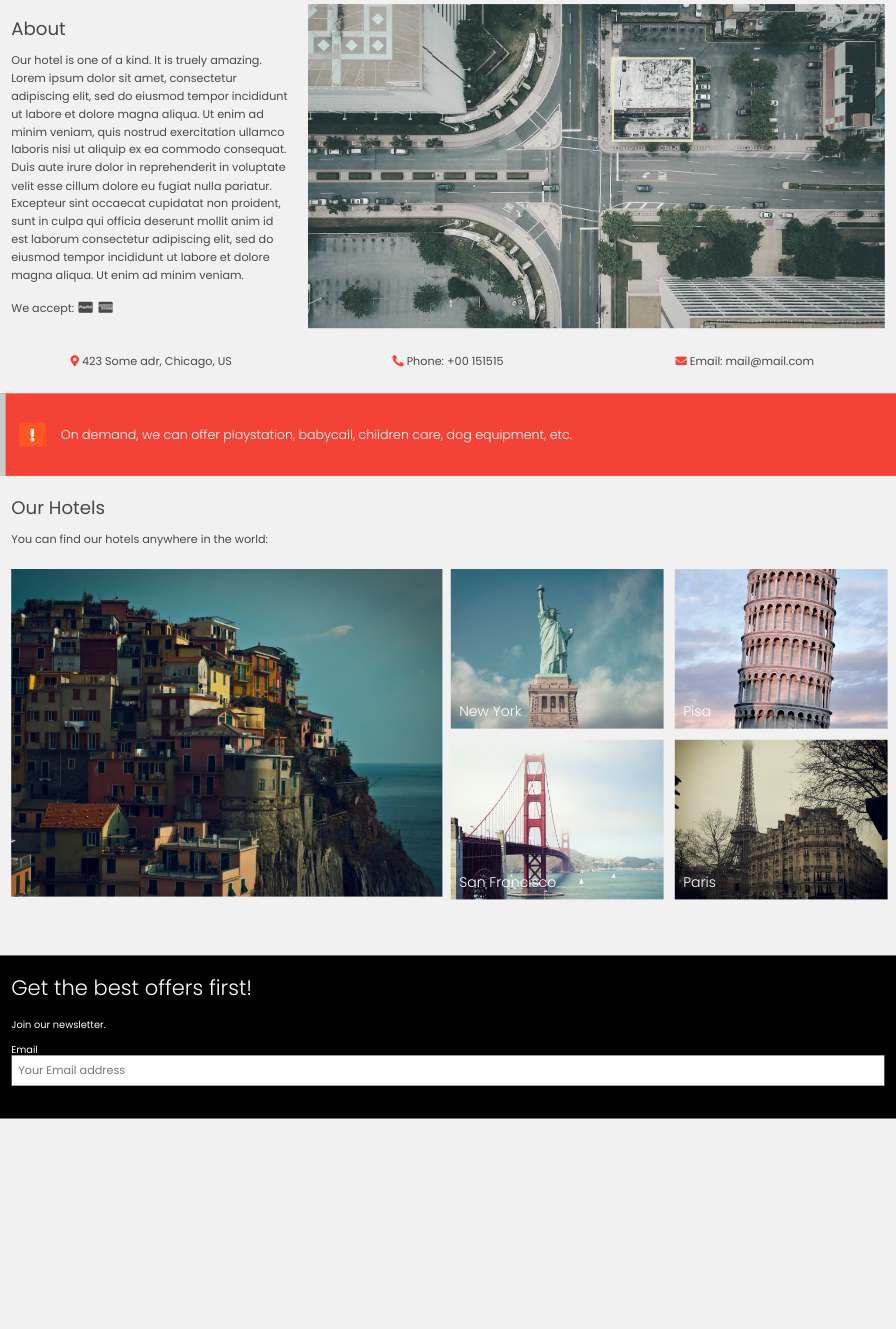
Repository: phamhuuloc/Travel_Template
Page: index.html
An editor plug-in stored every save of this project. The page is shown before and after the next save, followed by the edit.
The browser window is 1280 px wide. The pictures show the part of the page from y = 1547 to 3467 px (the page is 3445 px tall before and 3467 px after), at 70% of full size.
The style sheet was rebuilt from its Sass, Less or Tailwind sources for each picture, by a compiler version that may differ from the author's.

Above is the page before, as saved 2021-09-18 16:17:46.

### index.html
<!DOCTYPE html>
<html lang="en">
  <head>
    <meta charset="UTF-8" />
    <meta http-equiv="X-UA-Compatible" content="IE=edge" />
    <meta name="viewport" content="width=device-width, initial-scale=1.0" />
    <title>Document</title>
    <!-- FONT AWESOME -->
    <link
      rel="stylesheet"
      href="https://cdnjs.cloudflare.com/ajax/libs/font-awesome/5.15.4/css/all.min.css"
      integrity="sha512-1ycn6IcaQQ40/MKBW2W4Rhis/DbILU74C1vSrLJxCq57o941Ym01SwNsOMqvEBFlcgUa6xLiPY/NS5R+E6ztJQ=="
      crossorigin="anonymous"
      referrerpolicy="no-referrer"
    />
    <!-- GOOGLE FONT -->
    <link
      href="https://fonts.googleapis.com/css2?family=Poppins:wght@50;300;400&display=swap"
      rel="stylesheet"
    />
    <!-- CSS -->
    <link rel="stylesheet" href="./assets/resets.css" />
    <link rel="stylesheet" href="./assets/grid.css" />
    <link rel="stylesheet" href="./assets/main.css" />
  </head>
  <body>
    <div class="grids">
      <header class="header">
        <div class="logo">
          <i class="fas fa-bed logo__icon"></i>
          Logo
        </div>
        <div class="header__menu">
          <ul class="header__menu-list">
            <li class="header__menu-item">Rooms</li>
            <li class="header__menu-item">About</li>
            <li class="header__menu-item">Contact</li>
          </ul>
          <button class="btn book-btn">Book Nows</button>
        </div>
      </header>
      <section class="intro">
        <img src="./assets/img/hotel.jpg" alt="" class="intro__img" />
        <form class="form-login">
          <div class="form-login__heading">
            <i class="fas fa-bed logo__icon intro-icon"></i>
            <h2 class="form-login__name">Hotel name</h2>
          </div>
          <div class="form-container">
            <div class="row">
              <div class="form__item col l-6">
                <label class="form__item-category">
                  <i class="far fa-calendar form__item-icon"></i>
                  Check Ins
                </label>
                <input
                  type="text"
                  class="form__item-input"
                  placeholder="DD MM YY"
                />
              </div>
              <div class="form__item col l-6">
                <label class="form__item-category">
                  <i class="far fa-calendar form__item-icon"></i>
                  Check Out
                </label>
                <input
                  type="text"
                  class="form__item-input"
                  placeholder="DD MM YY"
                />
              </div>
            </div>
            <div class="row">
              <div class="form__item col l-6">
                <label class="form__item-category">
                  <i class="fas fa-male form__item-icon"></i>
                  Adults
                </label>
                <input
                  type="number"
                  value="1"
                  min="1"
                  max="6"
                  class="form__item-input"
                />
              </div>
              <div class="form__item col l-6">
                <label class="form__item-category">
                  <i class="fas fa-child form__item-icon"></i>
                  Kids
                </label>
                <input
                  type="number"
                  value="0"
                  min="0"
                  max="6"
                  class="form__item-input"
                />
              </div>
            </div>
            <button class="search-btn">
              <i class="fas fa-search search-icon"></i>Search availability
            </button>
          </div>
        </form>
      </section>

      <section class="option-room">
        <div class="option-container">
          <h3 class="option-container__title">Rooms</h3>
          <span class="option-container__desc"
            >Make yourself at home is our slogan. We offer the best beds in the
            industry. Sleep well and rest well.</span
          >
          <!-- FORM LOGIN  -->
          <div class="form-container option-container__form">
            <div class="row">
              <div class="form__item col l-3">
                <label class="form__item-category">
                  <i class="far fa-calendar form__item-icon"></i>
                  Check Ins
                </label>
                <input
                  type="text"
                  class="form__item-input"
                  placeholder="DD MM YY"
                />
              </div>
              <div class="form__item col l-3">
                <label class="form__item-category">
                  <i class="far fa-calendar form__item-icon"></i>
                  Check Out
                </label>
                <input
                  type="text"
                  class="form__item-input"
                  placeholder="DD MM YY"
                />
              </div>
              <div class="form__item col l-2">
                <label class="form__item-category">
                  <i class="fas fa-male form__item-icon"></i>
                  Adults
                </label>
                <input
                  type="number"
                  value="1"
                  min="1"
                  max="6"
                  class="form__item-input"
                />
              </div>
              <div class="form__item col l-2">
                <label class="form__item-category">
                  <i class="fas fa-child form__item-icon"></i>
                  Kids
                </label>
                <input
                  type="number"
                  value="0"
                  min="0"
                  max="6"
                  class="form__item-input"
                />
              </div>
              <!-- BUTTON F0RM LOGIN -->
              <div class="form__item col l-2">
                <label class="form__item-category">
                  <i class="fas fa-search"></i> Search</label
                >
                <button class="search-btn search-btn--full">Search</button>
              </div>
            </div>
          </div>
          <div class="category-room">
            <ul class="category-room__list row">
              <li class="category-room__item col l-4">
                <img
                  src="./assets/img/room_single.jpg"
                  alt=""
                  class="category-room__img"
                />
                <div class="category-room__details">
                  <h3 class="category-room__title">Single Room</h3>
                  <span class="category-room__price">From $99</span>
                  <span class="category-room__charac">Single bed</span>
                  <span class="category-room__area">15m<sup>2</sup></span>
                  <span class="category-room__function">
                    <i class="fas fa-phone-alt"></i>
                    <i class="fas fa-wifi"></i>
                    <i class="fas fa-tv"></i>
                    <i class="fas fa-bath"></i>
                  </span>
                  <button class="btn btn-choose">Choose Room</button>
                </div>
              </li>
              <li class="category-room__item col l-4">
                <img
                  src="./assets/img/room_double.jpg"
                  alt=""
                  class="category-room__img"
                />
                <div class="category-room__details">
                  <h3 class="category-room__title">Double Room</h3>
                  <span class="category-room__price">From $99</span>
                  <span class="category-room__charac">Single bed</span>
                  <span class="category-room__area">25m<sup>2</sup></span>
                  <span class="category-room__function">
                    <i class="fas fa-phone-alt"></i>
                    <i class="fas fa-wifi"></i>
                    <i class="fas fa-tv"></i>
                    <i class="fas fa-bath"></i>
                  </span>
                  <button class="btn btn-choose">Choose Room</button>
                </div>
              </li>
              <li class="category-room__item col l-4">
                <img
                  src="./assets/img/room_deluxe.jpg"
                  alt=""
                  class="category-room__img"
                />
                <div class="category-room__details">
                  <h3 class="category-room__title">Deluxe Room</h3>
                  <span class="category-room__price">From $99</span>
                  <span class="category-room__charac">Single bed</span>
                  <span class="category-room__area">40m<sup>2</sup></span>
                  <span class="category-room__function">
                    <i class="fas fa-phone-alt"></i>
                    <i class="fas fa-wifi"></i>
                    <i class="fas fa-tv"></i>
                    <i class="fas fa-bath"></i>
                  </span>
                  <button class="btn btn-choose">Choose Room</button>
                </div>
              </li>
            </ul>
          </div>
        </div>
      </section>
      <section class="local">
        <div class="row">
          <div class="local__container col l-4">
            <h4 class="local__title">About</h4>
            <p class="local__detail">
              Our hotel is one of a kind. It is truely amazing. Lorem ipsum
              dolor sit amet, consectetur adipiscing elit, sed do eiusmod tempor
              incididunt ut labore et dolore magna aliqua. Ut enim ad minim
              veniam, quis nostrud exercitation ullamco laboris nisi ut aliquip
              ex ea commodo consequat. Duis aute irure dolor in reprehenderit in
              voluptate velit esse cillum dolore eu fugiat nulla pariatur.
              Excepteur sint occaecat cupidatat non proident, sunt in culpa qui
              officia deserunt mollit anim id est laborum consectetur adipiscing
              elit, sed do eiusmod tempor incididunt ut labore et dolore magna
              aliqua. Ut enim ad minim veniam.
            </p>
            <p class="local__payment-methods">
              We accept:
              <i class="fab fa-cc-paypal local__payment-icon"></i>
              <i class="fab fa-cc-amex local__payment-icon"></i>
            </p>
          </div>
          <img src="./assets/img/map.jpg" alt="" class="col l-8 local__img" />
        </div>
        <div class="local__contact row">
          <div class="local__contact-item col l-4">
            <i class="fas fa-map-marker-alt local__contact-icon"></i>
            423 Some adr, Chicago, US
          </div>
          <div class="local__contact-item col l-4">
            <i class="fas fa-phone-alt local__contact-icon"></i>
            Phone: +00 151515
          </div>
          <div class="local__contact-item col l-4">
            <i class="fas fa-envelope local__contact-icon"></i>
            Email: mail@mail.com
          </div>
        </div>
      </section>
      <div class="demand">
        <i class="fas fa-exclamation demand__icon"></i>
        <p class="demand__desc">
          On demand, we can offer playstation, babycall, children care, dog
          equipment, etc.
        </p>
      </div>
      <section class="our-hotels">
        <h3 class="our-hotels__title">Our Hotels</h3>
        <p class="our-hotels__desc">
          You can find our hotels anywhere in the world:
        </p>
        <div class="row sm-gutter">
          <div class="col l-6">
            <img
              src="./assets/img/cinqueterre.jpg"
              alt=""
              class="our-hotel__img"
            />
          </div>
          <div class="col l-6">
            <div class="our-hotel__extend">
              <div class="row our-hotels__extend-item">
                <div class="our-hotels__container col l-6">
                  <img src="./assets/img/newyork2.jpg" alt="" class="" />
                  <span class="our-hotels__container-name">New York</span>
                </div>
                <div class="our-hotels__container col l-6">
                  <img src="./assets/img/pisa.jpg" alt="" class="" />
                  <span class="our-hotels__container-name">Pisa</span>
                </div>
              </div>
              <div class="row our-hotels__extend-item">
                <div class="our-hotels__container col l-6">
                  <img src="./assets/img/sanfran.jpg" alt="" class="" />
                  <span class="our-hotels__container-name">San Francisco</span>
                </div>
                <div class="our-hotels__container col l-6">
                  <img src="./assets/img/paris.jpg" alt="" class="" />
                  <span class="our-hotels__container-name">Paris</span>
                </div>
              </div>
            </div>
          </div>
        </div>
      </section>
      <section class="offers">
        <h3 class="offers__title">Get the best offers first!</h3>
        <p class="offers__desc">Join our newsletter.</p>
        <label for="" class="offers__email">Email</label>
        <input
          type="text"
          class="offers__input"
          placeholder="Your Email address"
        />
        <!-- <button type="button" class="btn btn-subs">Subscribes</button> -->
      </section>
    </div>
  </body>
</html>

### assets/grid.css
.grid {
  width: 100%;
  padding: 0;
}
.grid.wide {
  max-width: 1200px;

  margin: 0 auto;
}
.row {
  display: flex;
  flex-wrap: wrap;
  margin-left: -4px;
  margin-right: -4px;
}
.row.no-gutters {
  margin-left: 0;
  margin-right: 0;
}
.col {
  padding-left: 4px;
  padding-right: 4px;
}
.row.no-gutters .col {
  margin-left: 0;
  margin-right: 0;
}

.c-0 {
  display: none;
}

.c-1 {
  flex: 0 0 8.33333%;
  max-width: 8.33333%;
}

.c-2 {
  flex: 0 0 16.66667%;
  max-width: 16.66667%;
}

.c-3 {
  flex: 0 0 25%;
  max-width: 25%;
}

.c-4 {
  flex: 0 0 33.33333%;
  max-width: 33.33333%;
}

.c-5 {
  flex: 0 0 41.66667%;
  max-width: 41.66667%;
}

.c-6 {
  flex: 0 0 50%;
  max-width: 50%;
}

.c-7 {
  flex: 0 0 58.33333%;
  max-width: 58.33333%;
}

.c-8 {
  flex: 0 0 66.66667%;
  max-width: 66.66667%;
}

.c-9 {
  flex: 0 0 75%;
  max-width: 75%;
}

.c-10 {
  flex: 0 0 83.33333%;
  max-width: 83.33333%;
}

.c-11 {
  flex: 0 0 91.66667%;
  max-width: 91.66667%;
}

.c-12 {
  flex: 0 0 100%;
  max-width: 100%;
}

.c-o-1 {
  margin-left: 8.33333%;
}

.c-o-2 {
  margin-left: 16.66667%;
}

.c-o-3 {
  margin-left: 25%;
}

.c-o-4 {
  margin-left: 33.33333%;
}

.c-o-5 {
  margin-left: 41.66667%;
}

.c-o-6 {
  margin-left: 50%;
}

.c-o-7 {
  margin-left: 58.33333%;
}

.c-o-8 {
  margin-left: 66.66667%;
}

.c-o-9 {
  margin-left: 75%;
}

.c-o-10 {
  margin-left: 83.33333%;
}

.c-o-11 {
  margin-left: 91.66667%;
}
/* TABLET */
@media (min-width: 740px) {
  .row {
    margin-left: -8px;
    margin-right: -8px;
  }
  .col {
    padding-right: 8px;
    padding-left: 8px;
  }
  .m-0 {
    display: none;
  }
  .m-1,
  .m-2,
  .m-3,
  .m-4,
  .m-5,
  .m-6,
  .m-7,
  .m-8,
  .m-9,
  .m-10,
  .m-11,
  .m-12 {
    display: block;
  }

  .m-1 {
    flex: 0 0 8.33333%;
    max-width: 8.33333%;
  }

  .m-2 {
    flex: 0 0 16.66667%;
    max-width: 16.66667%;
  }

  .m-3 {
    flex: 0 0 25%;
    max-width: 25%;
  }

  .m-4 {
    flex: 0 0 33.33333%;
    max-width: 33.33333%;
  }

  .m-5 {
    flex: 0 0 41.66667%;
    max-width: 41.66667%;
  }

  .m-6 {
    flex: 0 0 50%;
    max-width: 50%;
  }

  .m-7 {
    flex: 0 0 58.33333%;
    max-width: 58.33333%;
  }

  .m-8 {
    flex: 0 0 66.66667%;
    max-width: 66.66667%;
  }

  .m-9 {
    flex: 0 0 75%;
    max-width: 75%;
  }

  .m-10 {
    flex: 0 0 83.33333%;
    max-width: 83.33333%;
  }

  .m-11 {
    flex: 0 0 91.66667%;
    max-width: 91.66667%;
  }

  .m-12 {
    flex: 0 0 100%;
    max-width: 100%;
  }

  .m-o-1 {
    margin-left: 8.33333%;
  }

  .m-o-2 {
    margin-left: 16.66667%;
  }

  .m-o-3 {
    margin-left: 25%;
  }

  .m-o-4 {
    margin-left: 33.33333%;
  }

  .m-o-5 {
    margin-left: 41.66667%;
  }

  .m-o-6 {
    margin-left: 50%;
  }

  .m-o-7 {
    margin-left: 58.33333%;
  }

  .m-o-8 {
    margin-left: 66.66667%;
  }

  .m-o-9 {
    margin-left: 75%;
  }

  .m-o-10 {
    margin-left: 83.33333%;
  }

  .m-o-11 {
    margin-left: 91.66667%;
  }
}
/* PC MEDIUM RESOLUTION */
@media (min-width: 1113px) {
  .row {
    margin-left: -12px;
    margin-right: -12px;
  }
  .row.sm-gutter {
    margin-left: -8px;
    margin-right: -8px;
  }
  .col {
    padding-left: 12px;
    padding-right: 12px;
  }
  .row.sm-gutter .col {
    padding-left: 8px;
    padding-right: 8px;
  }
  .l-0 {
    display: none;
  }

  .l-1,
  .l-2,
  .l-2-4,
  .l-3,
  .l-4,
  .l-5,
  .l-6,
  .l-7,
  .l-8,
  .l-9,
  .l-10,
  .l-11,
  .l-12 {
    display: block;
  }

  .l-1 {
    flex: 0 0 8.33333%;
    max-width: 8.33333%;
  }

  .l-2 {
    flex: 0 0 16.66667%;
    max-width: 16.66667%;
  }

  .l-2-4 {
    flex: 0 0 20%;
    max-width: 20%;
  }

  .l-3 {
    flex: 0 0 25%;
    max-width: 25%;
  }

  .l-4 {
    flex: 0 0 33.33333%;
    max-width: 33.33333%;
  }

  .l-5 {
    flex: 0 0 41.66667%;
    max-width: 41.66667%;
  }

  .l-6 {
    flex: 0 0 50%;
    max-width: 50%;
  }

  .l-7 {
    flex: 0 0 58.33333%;
    max-width: 58.33333%;
  }

  .l-8 {
    flex: 0 0 66.66667%;
    max-width: 66.66667%;
  }

  .l-9 {
    flex: 0 0 75%;
    max-width: 75%;
  }

  .l-10 {
    flex: 0 0 83.33333%;
    max-width: 83.33333%;
  }

  .l-11 {
    flex: 0 0 91.66667%;
    max-width: 91.66667%;
  }

  .l-12 {
    flex: 0 0 100%;
    max-width: 100%;
  }

  .l-o-1 {
    margin-left: 8.33333%;
  }

  .l-o-2 {
    margin-left: 16.66667%;
  }

  .l-o-3 {
    margin-left: 25%;
  }

  .l-o-4 {
    margin-left: 33.33333%;
  }

  .l-o-5 {
    margin-left: 41.66667%;
  }

  .l-o-6 {
    margin-left: 50%;
  }

  .l-o-7 {
    margin-left: 58.33333%;
  }

  .l-o-8 {
    margin-left: 66.66667%;
  }

  .l-o-9 {
    margin-left: 75%;
  }

  .l-o-10 {
    margin-left: 83.33333%;
  }

  .l-o-11 {
    margin-left: 91.66667%;
  }
}
/* TABLET AND PC */
@media (min-width: 740px) and (max-width: 1023px) {
  .wide {
    width: 644px;
  }
}
/* > PC  LOW RESOLUTION */
@media (min-width: 1024px) and (max-width: 1239px) {
  .wide {
    width: 984px;
  }
}
.form__item {
  display: flex;
  flex-direction: column;
}

Loaded but not shown: assets/resets.css (common file); assets/main.scss (358 lines, source omitted)

After the next save:
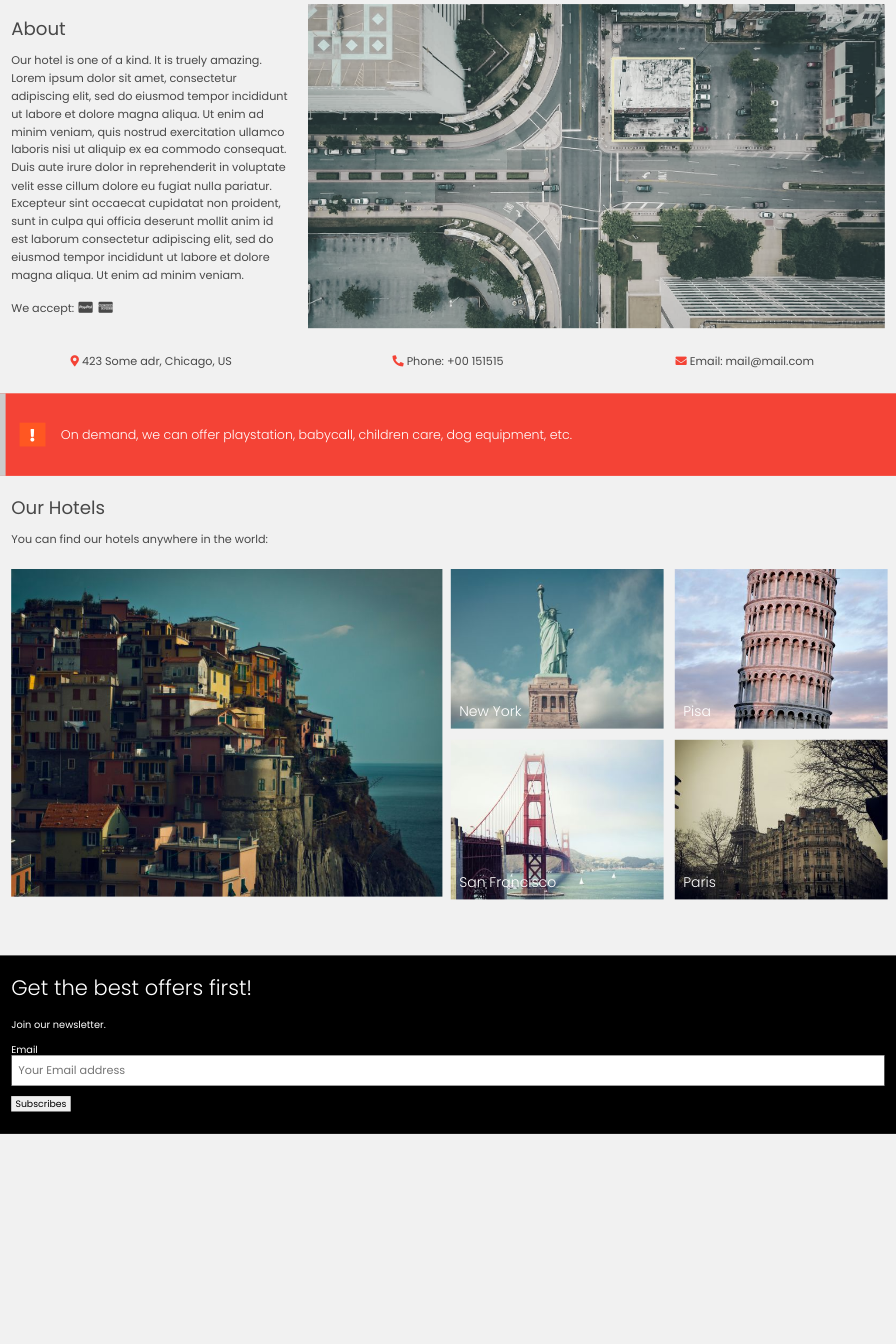
Saved 10 s later.
--- a/index.html
+++ b/index.html
@@ -333,7 +333,7 @@
           class="offers__input"
           placeholder="Your Email address"
         />
-        <!-- <button type="button" class="btn btn-subs">Subscribes</button> -->
+        <button type="button" class="btn btn-subs">Subscribes</button>
       </section>
     </div>
   </body>
